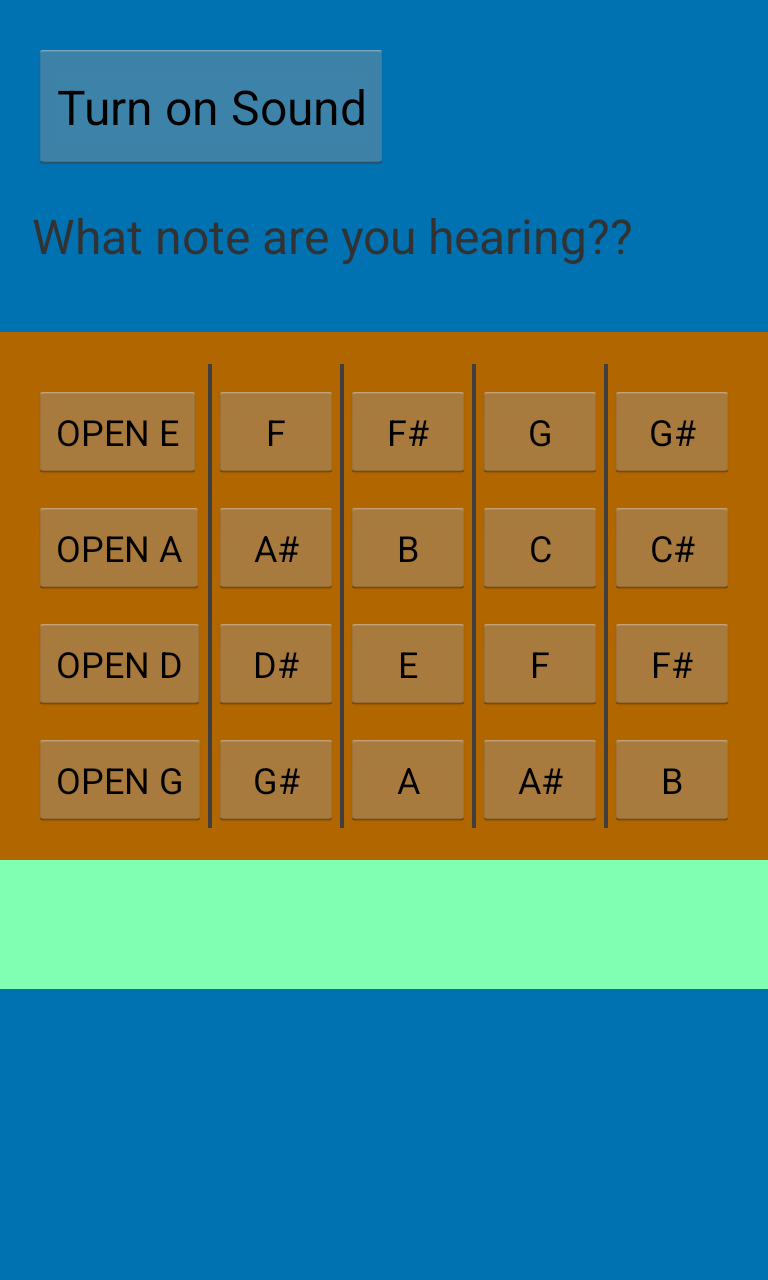
Repository: elliott-ribner/android-guitar-trainer
Layout: randomnotegenerator/res/layout/activity_main.xml
The author's editor kept a copy of each file at every save. The layout is drawn from the files as they stood at one save, then again after the next save.
It is drawn on a 768 x 1280 px phone screen (xhdpi) without system bars, with theme AppTheme; the app's code is not run.

Above is the layout before, as saved 2014-06-09 00:56:04.

After the next save:
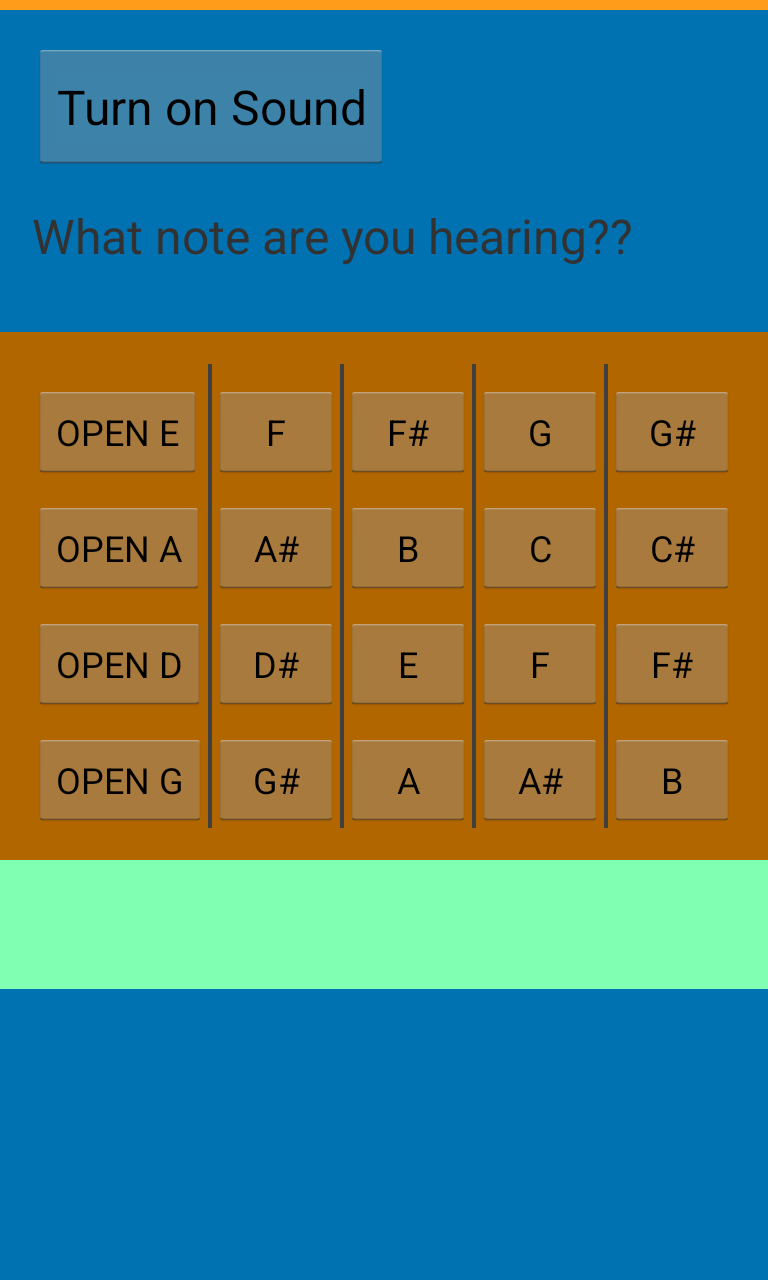
Saved 36 s later.
--- a/randomnotegenerator/res/layout/activity_main.xml
+++ b/randomnotegenerator/res/layout/activity_main.xml
@@ -8,7 +8,7 @@
  <LinearLayout
         android:layout_width="fill_parent"
         android:layout_height="5dip"
-
+        android:background="#FF9C19"
 
         android:paddingBottom="@dimen/activity_vertical_margin"
         android:paddingLeft="@dimen/activity_horizontal_margin"
